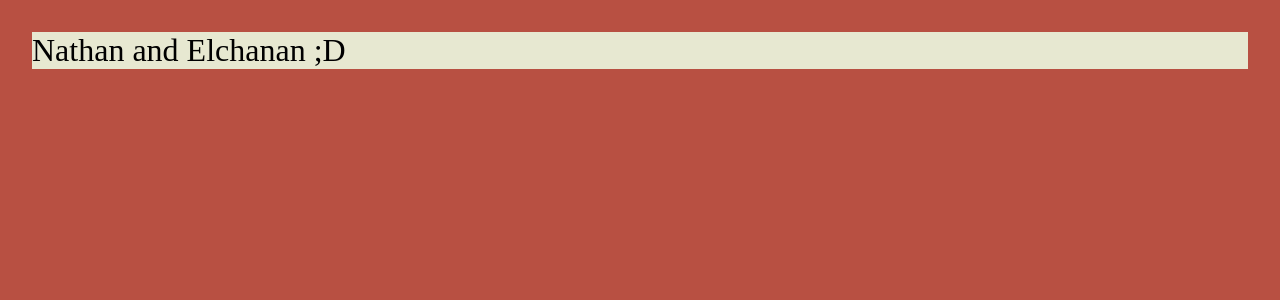
Repository: elchananChen/joke-api
Page: Client/index.html
These files come from the project's save history. The page is drawn as it stood at one moment and after the next save; the edit follows.
The browser window is 1280 px wide. The pictures show the whole page.
The page's requests for data from a server got no answer.

Above is the page before, as saved 2024-11-05 01:32:04.
Console error: TypeError: Cannot read properties of undefined (reading 'forEach')

### Client/index.html
<!DOCTYPE html>
<html lang="en">
  <link rel="stylesheet" href="styles.css" />
  <head>
    <meta charset="UTF-8" />
    <meta name="viewport" content="width=device-width, initial-scale=1.0" />
    <title>Document</title>
  </head>
  <body>
    <article>
      <div class="wrapper">
        <header>
          <h1>Nathan and Elchanan ;D</h1>
        </header>
        <main>
          <ul class="all-jokes"></ul>
        </main>
      </div>
    </article>
  </body>
  <script src="https://cdn.jsdelivr.net/npm/axios/dist/axios.min.js"></script>
  <script type="module" src="main.js"></script>
</html>

### Client/styles.css
@import url("./css/variebles.css");
@import url("./css/reset.css");

article {
  height: 100%;
  width: 100%;
  background-color: var(--color-red-600);
  padding: 2rem;
}

.wrapper {
  height: 100%;
  width: 100%;
  background-color: var(--color-yellow-green-100);
}

h1 {
  font-size: 2rem;
}

main {
  background-color: var(--color-yellow-green-100);
  border-radius: 1rem;
}
li {
  padding-block: 0.5rem;
}

### Client/main.js
const allJokesEL = document.querySelector(".all-jokes");

const getAllJokes = async () => {
  try {
    const response = await axios.get(`http://localhost:3000/api/joke/all`);
    console.log(response.data); // נתונים שמתקבלים
    return response.data;
  } catch (err) {
    console.log(err); // הדפסת שגיאה
  }
};

console.log(getAllJokes());
async function randerAllJokes() {
  const jokes = await getAllJokes();
  jokes.forEach((joke) => {
    const liEL = document.createElement("li");
    liEL.textContent = ` ${joke.joke} :  ${joke.content}`;
    allJokesEL.appendChild(liEL);
  });
}
randerAllJokes();

### Client/css/variebles.css
:root {
  --color-red-600: #b85042;

  --color-yellow-green-100: #e7e8d1;

  --color-green-oil-300: #a7beae;
}

### Client/css/reset.css
* {
  box-sizing: border-box;
  margin: 0;
  padding: 0;
}

html {
  font-family: "overpass-Regular";
}
html,
body {
  min-height: 100vh;
  width: 100%;
}
article {
  display: flex;
  flex-direction: column;
  min-height: 100vh;
  width: 100%;
}
img {
  font-family: "work-sans-italic";
  display: block;
  max-width: 100%;
  max-height: 100%;
}
h1,
h2,
h3,
h4,
h5,
h6 {
  font-size: 1rem;
  font-weight: normal;
}
button {
  border: 0px;
}
ul,
ol {
  padding-left: 0.5rem;
  list-style-type: none;
}
a {
  text-decoration: none;
  color: inherit;
}
button {
  cursor: pointer;
}
select {
  cursor: pointer;
}
option {
  cursor: pointer;
}

After the next save:
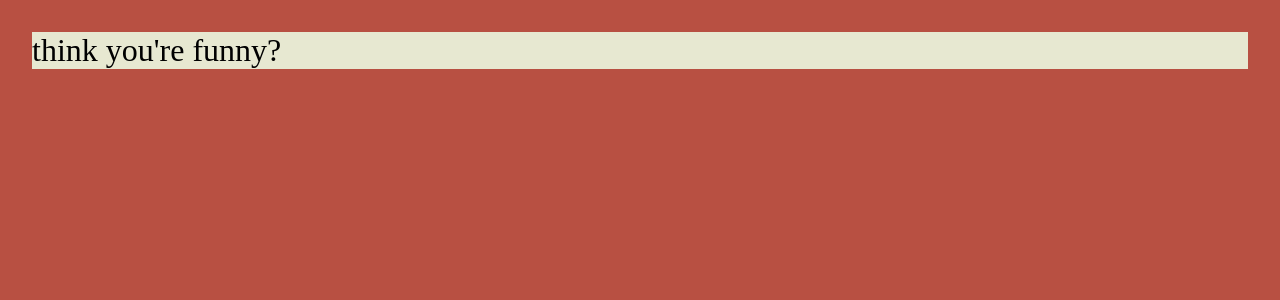
Saved 100 s later.
--- a/Client/index.html
+++ b/Client/index.html
@@ -10,7 +10,7 @@
     <article>
       <div class="wrapper">
         <header>
-          <h1>Nathan and Elchanan ;D</h1>
+          <h1>think you're funny?</h1>
         </header>
         <main>
           <ul class="all-jokes"></ul>
